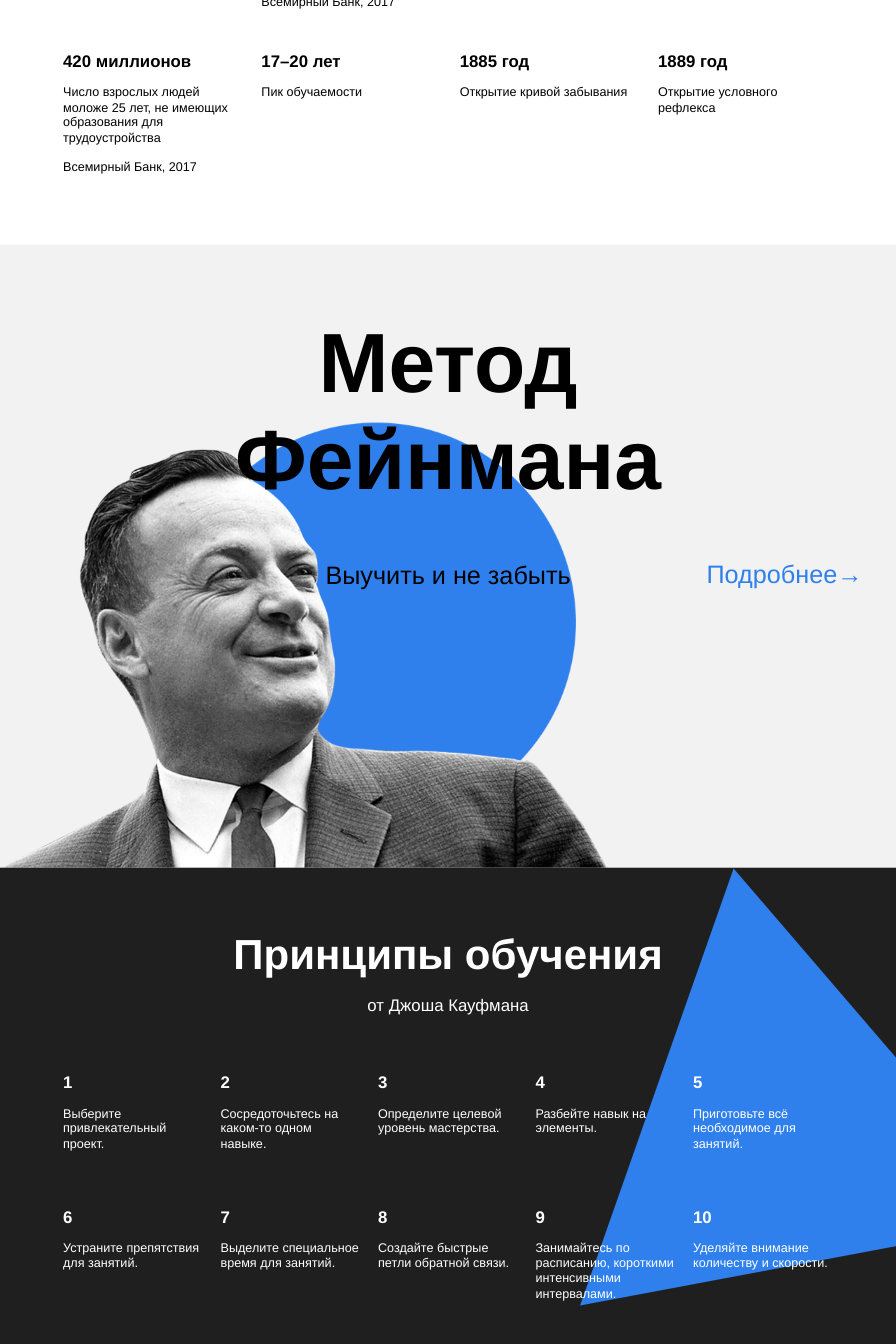
Repository: artemrgrs/how-to-learn
Page: index.html
The author's editor kept a copy of each file at every save. The page is drawn from the files as they stood at one save, then again after the next save.
The browser window is 1280 px wide. The pictures show the part of the page from y = 1621 to 3541 px (the page is 4020 px tall before and 3820 px after), at 70% of full size.

Above is the page before, as saved 2020-12-25 11:03:59.

After the next save:
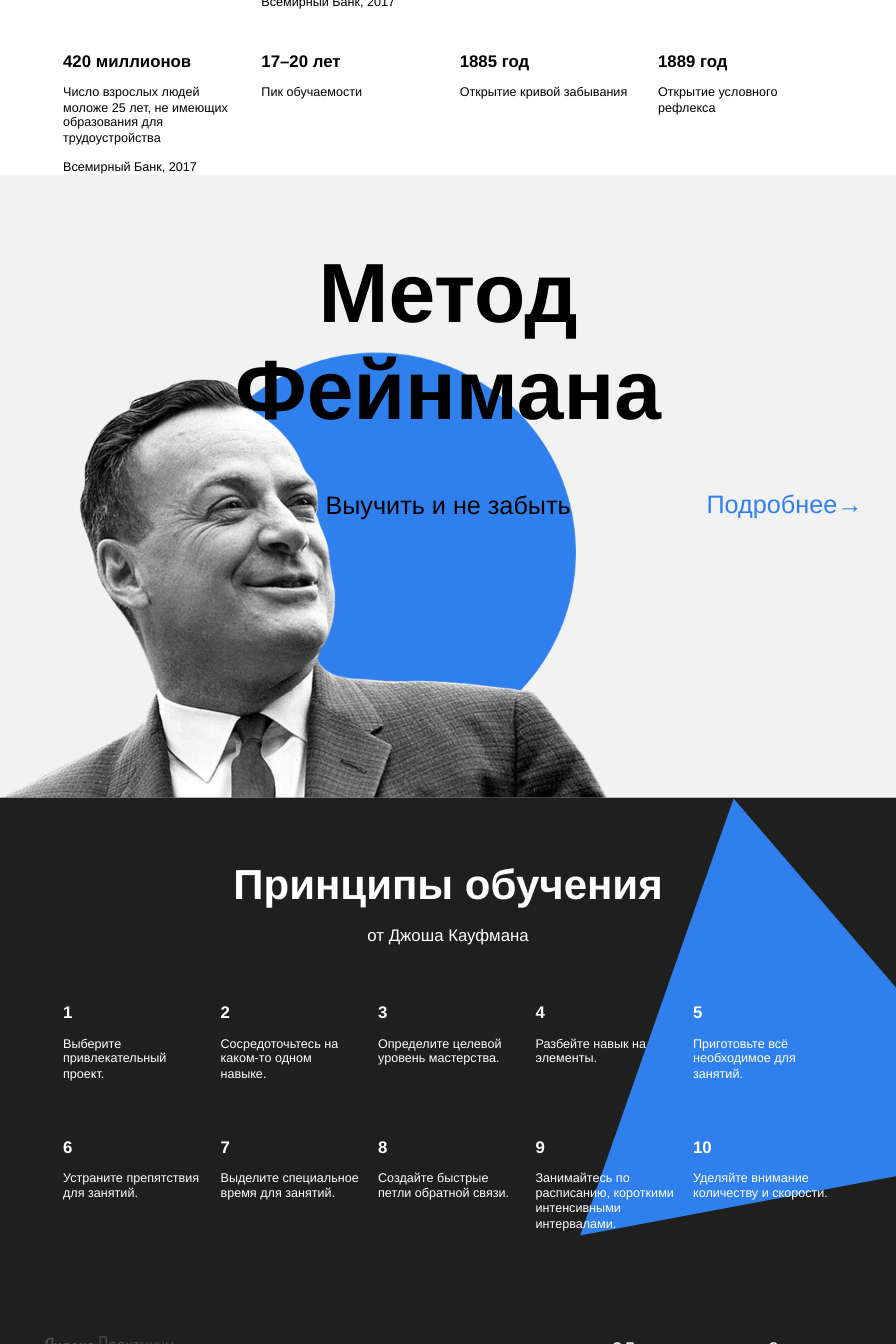
Saved 33 s later.
--- a/styles/style.css
+++ b/styles/style.css
@@ -162,7 +162,7 @@
   flex-wrap: wrap;
   justify-content: space-between;
   width: 1100px;
-  margin: 0 auto 100px;
+  margin: 0 auto;
   text-align: left;
 }
 
